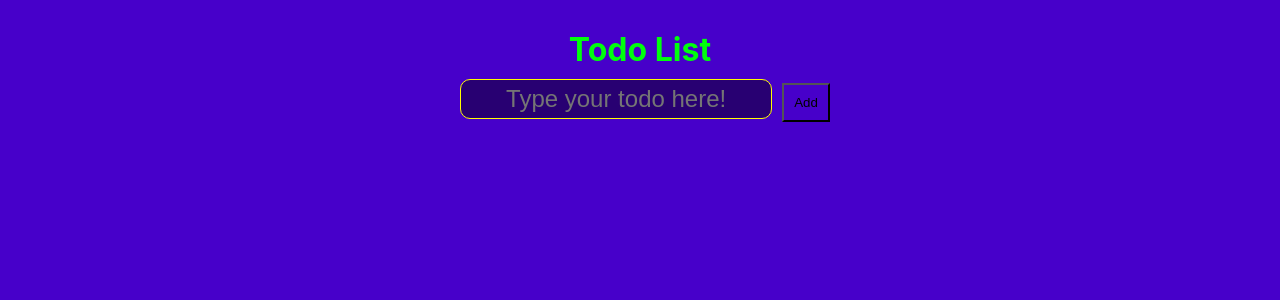
Repository: badhon252/todo-app
Page: /
These files come from the project's save history. The page is drawn as it stood at one moment and after the next save; the edit follows.
The browser window is 1280 px wide. The pictures show the whole page.
The project was rebuilt for these pictures with package versions that can differ from the ones it lists, and the page was loaded fresh each time.

Above is the page before, as saved 2022-01-26 12:41:36.

### public/index.html
<!DOCTYPE html>
<html lang="en">

<head>
  <meta charset="utf-8" />
  <link rel="icon" href="%PUBLIC_URL%/favicon.ico" />
  <meta name="viewport" content="width=device-width, initial-scale=1" />
  <meta name="theme-color" content="#000000" />
  <meta name="description" content="Web site created using create-react-app" />
  <link rel="apple-touch-icon" href="%PUBLIC_URL%/logo192.png" />

  <link rel="manifest" href="%PUBLIC_URL%/manifest.json" />

  <link rel="stylesheet" href="https://cdnjs.cloudflare.com/ajax/libs/font-awesome/5.15.4/css/all.min.css"
    integrity="sha512-1ycn6IcaQQ40/MKBW2W4Rhis/DbILU74C1vSrLJxCq57o941Ym01SwNsOMqvEBFlcgUa6xLiPY/NS5R+E6ztJQ=="
    crossorigin="anonymous" referrerpolicy="no-referrer" />
  <title>React App</title>
</head>

<body>
  <noscript>You need to enable JavaScript to run this app.</noscript>
  <div id="root"></div>
  <!--
      This HTML file is a template.
      If you open it directly in the browser, you will see an empty page.

      You can add webfonts, meta tags, or analytics to this file.
      The build step will place the bundled scripts into the <body> tag.

      To begin the development, run `npm start` or `yarn start`.
      To create a production bundle, use `npm run build` or `yarn build`.
    -->
</body>

</html>

### src/App.js
import Todo from "./components/Todo";

function App() {
  return (
    <div className="App">
      <Todo />
    </div>
  );
}

export default App;

### src/components/Todo.js
import React from "react";
// import { FontAwesomeIcon } from "@fortawesome/react-fontawesome";
import "../Styles/style.css";
export default function Todo() {
  return (
    <div className="main-div">
      <h1>Todo List</h1>
      <div>
        <input
          type="text"
          name=""
          id="input-box"
          placeholder="Type your todo here!"
        />
        <button className="add-btn">Add</button>
        {/* <FontAwesomeIcon icon="fa-regular fa-circle-plus" /> */}
      </div>
    </div>
  );
}

### src/Styles/style.css
* {
  margin: 0;
  padding: 0;
  background-color: #4700ca;
}

.main-div {
  margin: 30px;
  text-align: center;
  color: #00ff0d;
}

#input-box {
  color: #ffffff;
  margin: 10px;
  padding: 5px 0;
  font-size: 1.5rem;
  border: 1px solid yellow;
  background-color: #280072;
  border-radius: 10px;
  text-align: center;
}

.fa-circle-plus {
  font-size: 1rem;
  color: white;
}

.add-btn {
  padding: 10px;
}

Loaded but not shown: src/index.js (common file); src/index.css (common file); src/reportWebVitals.js (common file)

After the next save:
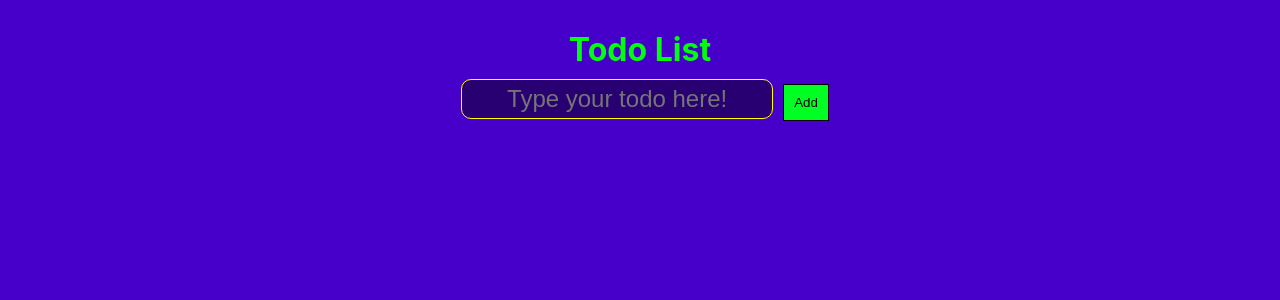
Saved 56 s later.
--- a/src/Styles/style.css
+++ b/src/Styles/style.css
@@ -28,4 +28,7 @@
 
 .add-btn {
   padding: 10px;
+  background-color: rgb(0, 255, 34);
+  color: rgb(0, 0, 0);
+  border: 1px solid black;
 }
